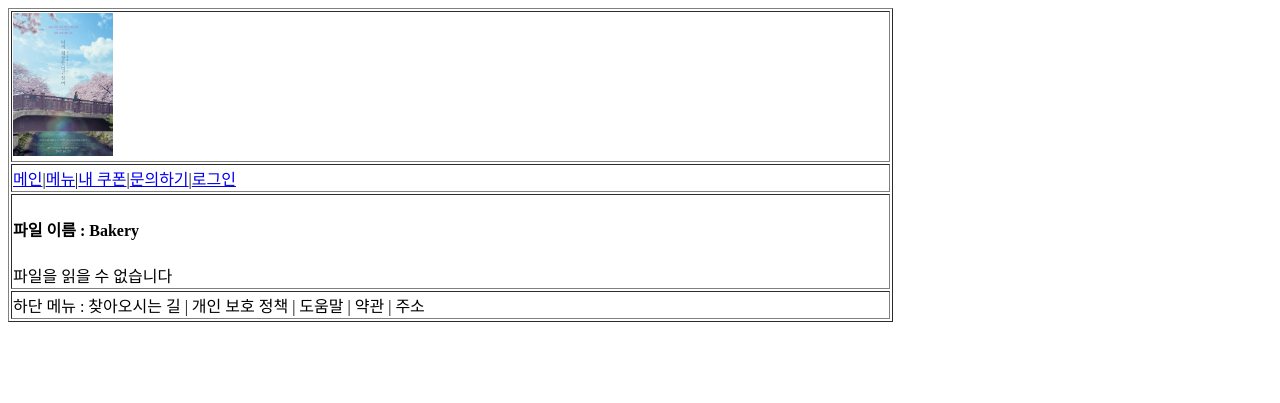
Repository: yurilee9696/jsp
Page: http://localhost/amasbin/movieReader.jsp?FILE_NAME=Bakery
These files come from the project's save history. The page is drawn as it stood at one moment and after the next save; the edit follows.
The browser window is 1280 px wide. The pictures show the whole page.
The page is served by Tomcat 9.

Above is the page before, as saved 2018-04-30 10:44:06.

### project/amasbin/WebContent/movieReader.jsp
<%@ page language="java" contentType="text/html; charset=UTF-8"
    pageEncoding="UTF-8"%>
<!DOCTYPE html>
<html>
<head>
<meta charset="UTF-8">
<title>Insert title here</title>
</head>
<body>
<jsp:forward page="templateTest.jsp">
	<jsp:param value="movieReaderProc.jsp" name="CONTENTPAGE"/>
</jsp:forward>
</body>
</html>

### project/amasbin/WebContent/templateTest.jsp
<%@ page language="java" contentType="text/html; charset=UTF-8"
    pageEncoding="UTF-8"%>
<!DOCTYPE html>
<html>
<head>
<meta charset="UTF-8">
<title>Insert title here</title>
</head>
<body>
<%
	String contentpage= request.getParameter("CONTENTPAGE");
%>
<!--  templateTest.jsp     URL에 표시되는 내용은 main.jsp이다 -->

<table width="70%" border=1 >
	<tr>
		<td>
			<jsp:include page="logo.jsp" flush="false"/>
		</td>
	</tr>
	<tr>
		<td>
			<jsp:include page="top.jsp" flush="false"/>
		</td>
	</tr>
	<tr>
		<td width=350 valign="top">
			<jsp:include page="<%=contentpage%>"></jsp:include>
		</td>
	</tr>
	<tr>
		<td>
			<jsp:include page="bottom.jsp" flush="false"/>
		</td>
	</tr>
</table>

</body>
</html>

### project/amasbin/WebContent/logo.jsp
<%@ page language="java" contentType="text/html; charset=UTF-8"
    pageEncoding="UTF-8"%>
<!DOCTYPE html>
<html>
<head>
<meta charset="UTF-8">
<title>Insert title here</title>
</head>
<body>
<img src="image/img5.jpg" width="100">
</body>
</html>

### project/amasbin/WebContent/top.jsp
<%@ page language="java" contentType="text/html; charset=UTF-8"
    pageEncoding="UTF-8"%>
<!DOCTYPE html>
<html>
<head>
<meta charset="UTF-8">
<title>Insert title here</title>
</head>
<body>
<a href="main.jsp">메인</a>|<a href="choice.jsp">메뉴</a>|<a href="#">내 쿠폰</a>|<a href="photo.jsp">문의하기</a>|<a href="login.jsp">로그인</a>
</body>
</html>

### project/amasbin/WebContent/movieReaderProc.jsp
<%@page import="java.io.FileReader"%>
<%@page import="java.io.BufferedReader"%>
<%@ page language="java" contentType="text/html; charset=UTF-8"
    pageEncoding="UTF-8"%>
<!DOCTYPE html>
<html>
<head>
<meta charset="UTF-8">
<title>Insert title here</title>
</head>
<body>
<!-- get방식으로 선택한 값을 받아옴 -->
<%
	String filename=request.getParameter("FILE_NAME");
%>
<h4>파일 이름 : <%=filename %></h4>
<%
	BufferedReader reader=null;
	try{
		String filePath=application.getRealPath("/WEB-INF/movie/"+filename);
		//out.println(filePath);
		reader=new BufferedReader(new FileReader(filePath));

		while(true){
			String str = reader.readLine();
			if(str==null)break;
			out.println(str+"<br>");
		}
	}catch(Exception e){
		out.println("파일을 읽을 수 없습니다");
	}
%>
</body>
</html>

### project/amasbin/WebContent/bottom.jsp
<%@ page language="java" contentType="text/html; charset=UTF-8"
    pageEncoding="UTF-8"%>
<!DOCTYPE html>
<html>
<head>
<meta charset="UTF-8">
<title>Insert title here</title>
</head>
<body>
하단 메뉴 : 찾아오시는 길 | 개인 보호 정책 | 도움말 | 약관 | 주소
</body>
</html>

After the next save:
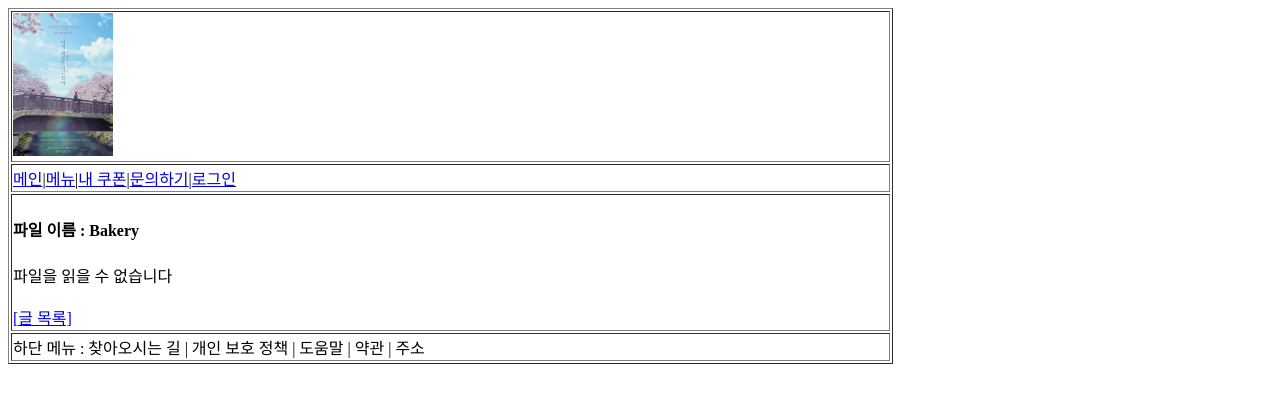
Saved 14 s later.
--- a/project/amasbin/WebContent/movieReaderProc.jsp
+++ b/project/amasbin/WebContent/movieReaderProc.jsp
@@ -30,5 +30,8 @@
 		out.println("파일을 읽을 수 없습니다");
 	}
 %>
+<br><br>
+<a href="choice.jsp">[글 목록]</a>
+
 </body>
 </html>
